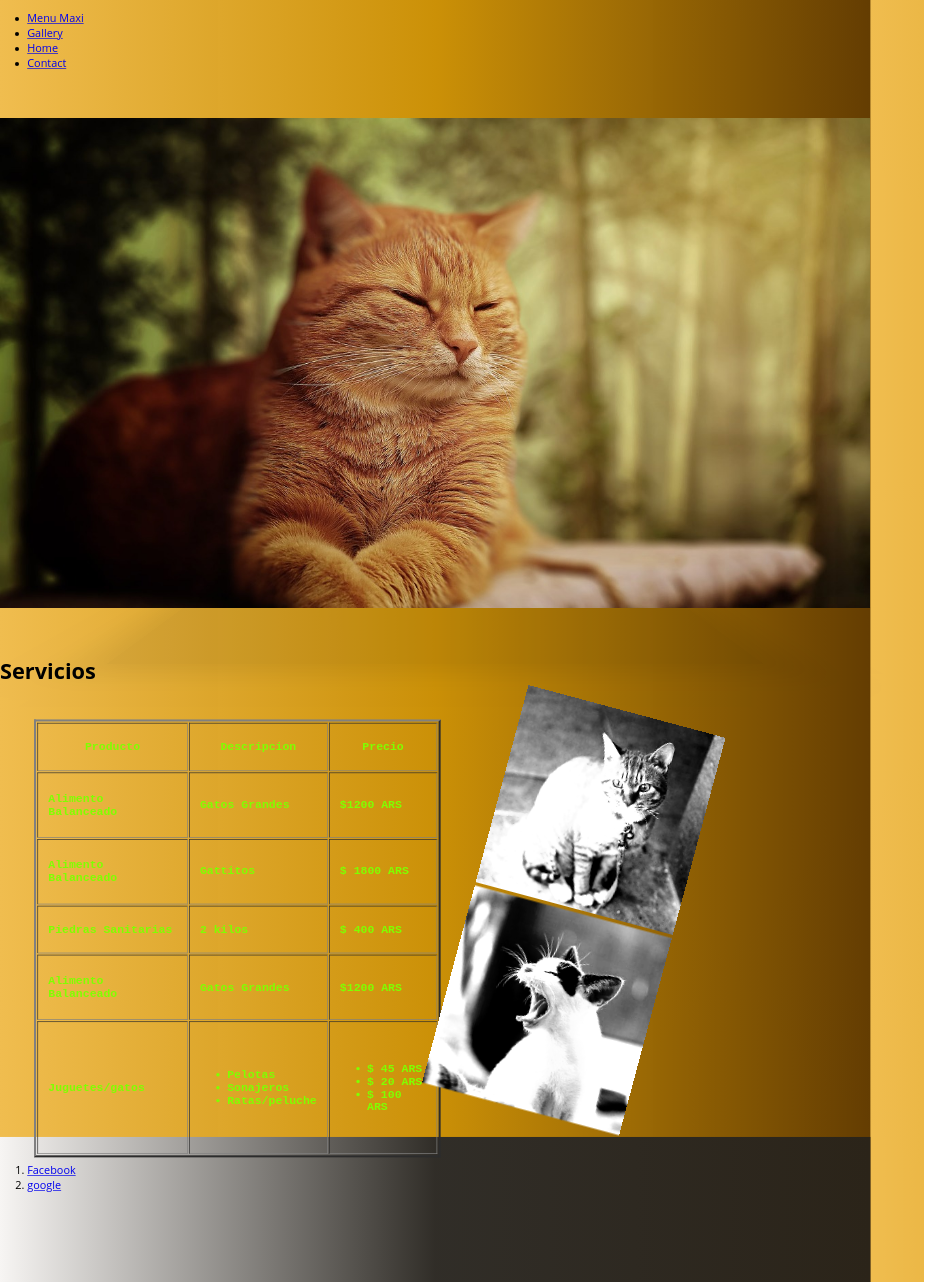
Repository: raul4264/final
Page: Services.html
An editor plug-in stored every save of this project. The page is shown before and after the next save, followed by the edit.
The browser window is 1280 px wide. The page is 1358 px wide, then 1378 px, so the pictures cover 1378 px, including what lies to the right of the window. The pictures show the whole page, at 68% of full size.
The pointer rests on the first visible `.table`.

Above is the page before, as saved 2021-03-26 11:22:00.

After the next save:
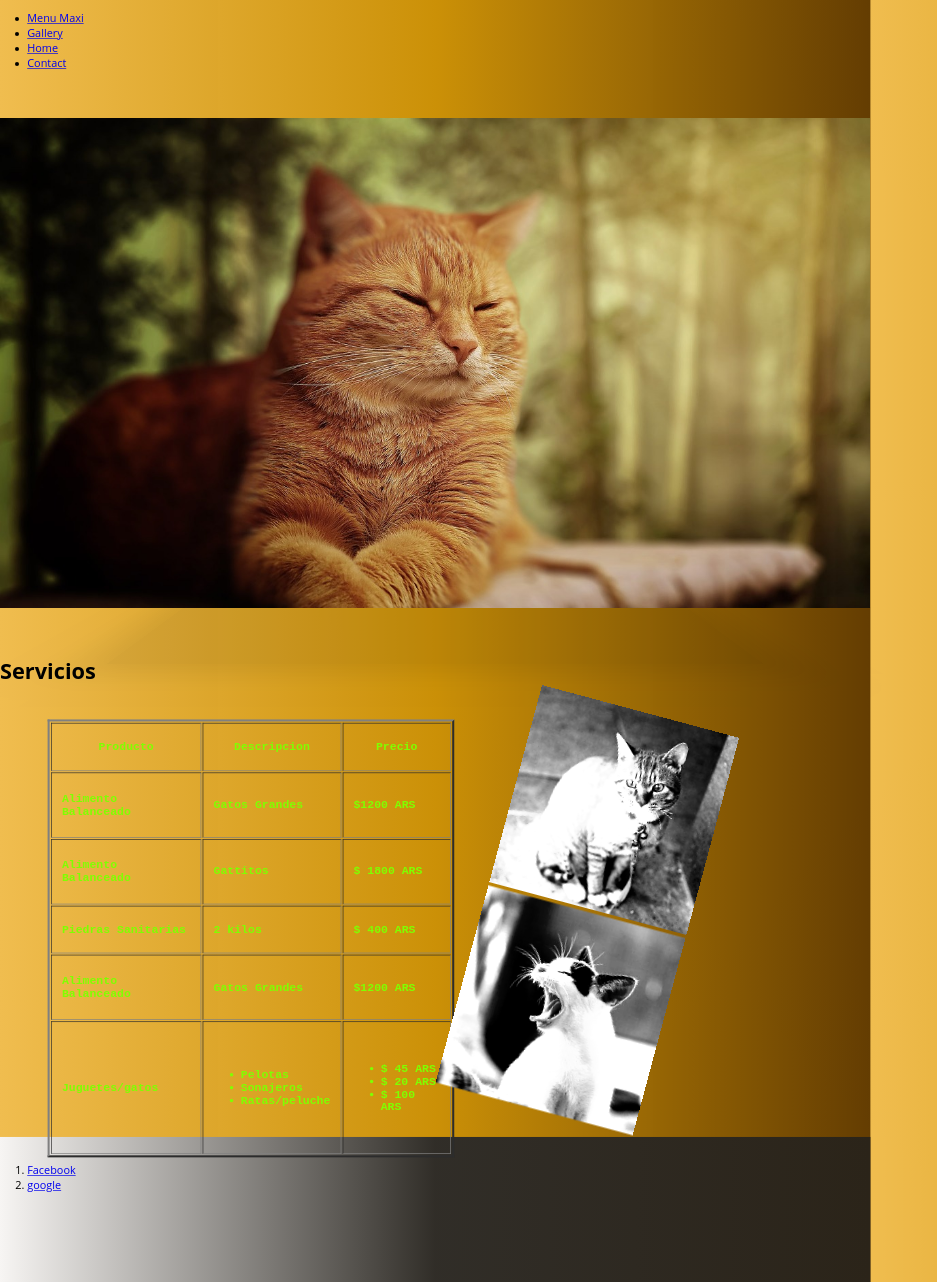
Saved 15 s later.
--- a/css/services.css
+++ b/css/services.css
@@ -103,7 +103,7 @@ background: linear-gradient(90deg, rgba(240,189,79,1) 0%, rgba(203,144,6,0.99483
    color: chartreuse;
    font-size: 1.3em;
    font-family: monospace;
-   transform:translate(50px, 30px) ;
+   transform:translate(70px, 30px) ;
 }
 figure{
    transform: rotate(15deg );
